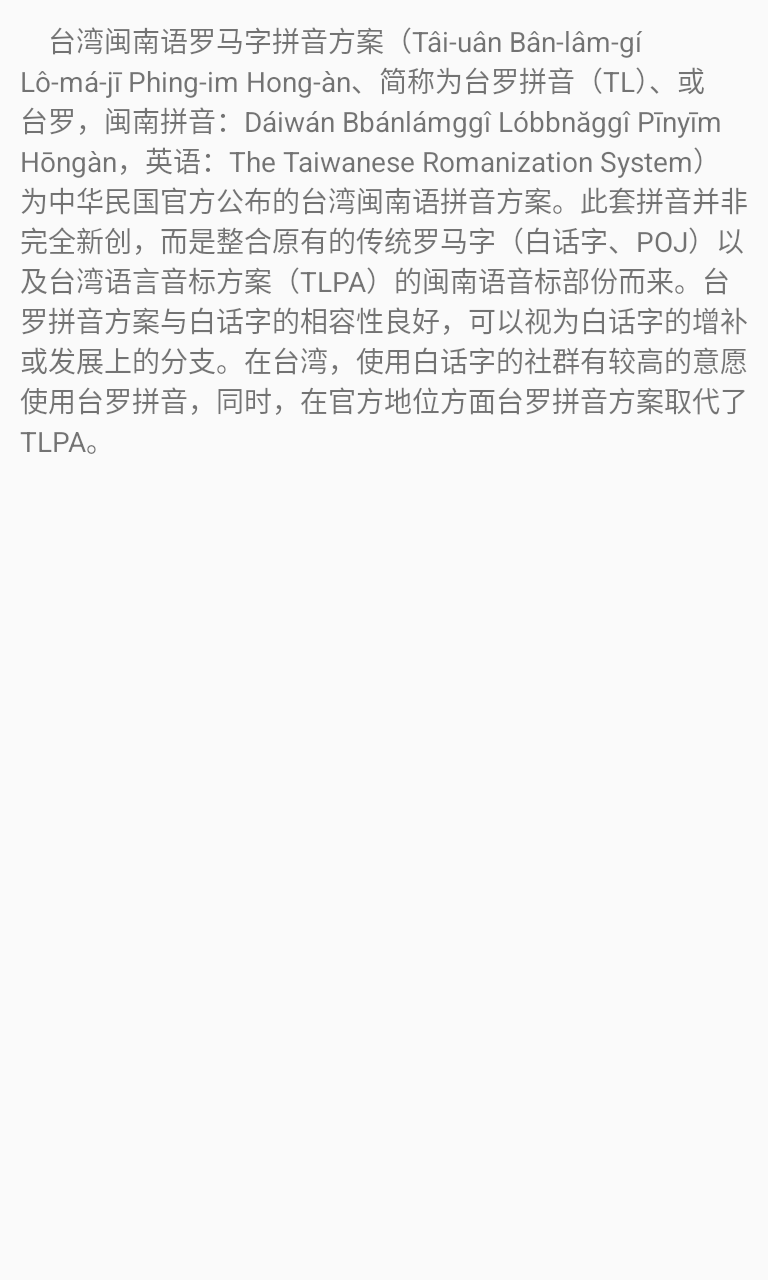
Repository: DIRONY/MinXue
Layout: MinXue/res/layout/activity_ziliao.xml
The author's editor kept a copy of each file at every save. The layout is drawn from the files as they stood at one save, then again after the next save.
It is drawn on a 768 x 1280 px phone screen (xhdpi) without system bars, with theme AppTheme; the app's code is not run.

Above is the layout before, as saved 2014-12-15 05:08:41.

### MinXue/res/layout/activity_ziliao.xml
<RelativeLayout xmlns:android="http://schemas.android.com/apk/res/android"
    xmlns:tools="http://schemas.android.com/tools"
    android:layout_width="match_parent"
    android:layout_height="match_parent"
    tools:context="${relativePackage}.${activityClass}" >

    <TextView
        android:layout_margin="10dp"
        android:layout_width="match_parent"
        android:layout_height="match_parent"
        android:gravity="left"
        android:text="    台湾闽南语罗马字拼音方案（Tâi-uân Bân-lâm-gí Lô-má-jī Phing-im Hong-àn、简称为台罗拼音（TL）、或台罗，闽南拼音：Dáiwán Bbánlámggî Lóbbnăggî Pīnyīm Hōngàn，英语：The Taiwanese Romanization System）为中华民国官方公布的台湾闽南语拼音方案。此套拼音并非完全新创，而是整合原有的传统罗马字（白话字、POJ）以及台湾语言音标方案（TLPA）的闽南语音标部份而来。台罗拼音方案与白话字的相容性良好，可以视为白话字的增补或发展上的分支。在台湾，使用白话字的社群有较高的意愿使用台罗拼音，同时，在官方地位方面台罗拼音方案取代了TLPA。" />

</RelativeLayout>

### MinXue/res/drawable/actionbar_tab_indicator.xml
<?xml version="1.0" encoding="utf-8"?>
<selector xmlns:android="http://schemas.android.com/apk/res/android" >
    <!-- STATES WHEN BUTTON IS NOT PRESSED -->

    <!-- Non focused states -->
    <item android:state_focused="false" android:state_selected="false"
          android:state_pressed="false"
          android:drawable="@color/softyellow" />
    <item android:state_focused="false" android:state_selected="true"
          android:state_pressed="false"
          android:drawable="@color/softred" />

    <!-- Focused states (such as when focused with a d-pad or mouse hover) -->
    <item android:state_focused="true" android:state_selected="false"
          android:state_pressed="false"
          android:drawable="@color/softyellow" />
    <item android:state_focused="true" android:state_selected="true"
          android:state_pressed="false"
          android:drawable="@color/softred" />


<!-- STATES WHEN BUTTON IS PRESSED -->

    <!-- Non focused states -->
    <item android:state_focused="false" android:state_selected="false"
          android:state_pressed="true"
          android:drawable="@color/softyellow" />
    <item android:state_focused="false" android:state_selected="true"
        android:state_pressed="true"
        android:drawable="@color/softred" />

    <!-- Focused states (such as when focused with a d-pad or mouse hover) -->
    <item android:state_focused="true" android:state_selected="false"
          android:state_pressed="true"
          android:drawable="@color/softyellow" />
    <item android:state_focused="true" android:state_selected="true"
          android:state_pressed="true"
          android:drawable="@color/softred" />

</selector>

### MinXue/res/values/color.xml
<?xml version="1.0" encoding="utf-8"?>
<resources>
    <color name="deepblue">#0067a6</color>
    <color name="tab_background_color">#f2e7da</color>
    <color name="softgreen">#008972</color>
    <color name="softyellow">#efc028</color>
    <color name="softred">#f2572d</color>

</resources>

Loaded but not shown: MinXue/res/values/styles.xml (common file); MinXue/res/values-v11/styles.xml (common file); MinXue/res/values-v14/styles.xml (common file)

After the next save:
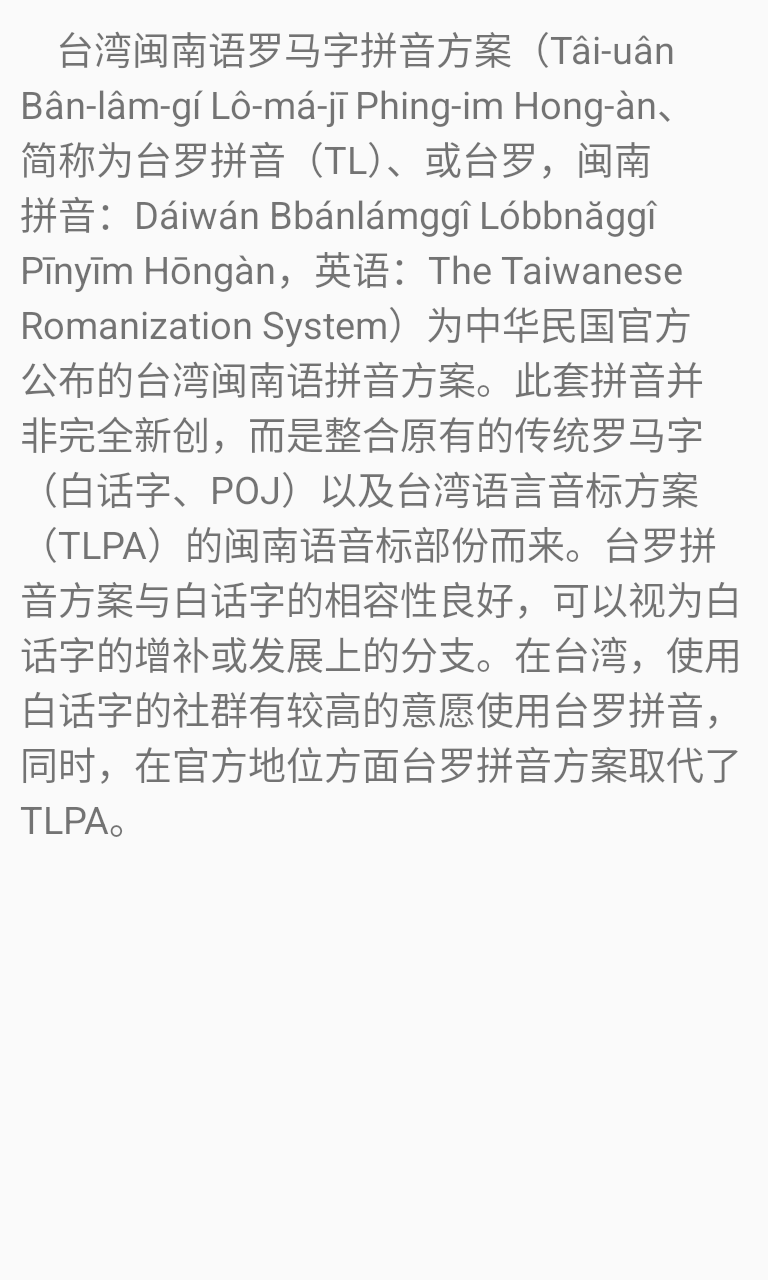
Saved 5 min 35 s later.
--- a/MinXue/res/layout/activity_ziliao.xml
+++ b/MinXue/res/layout/activity_ziliao.xml
@@ -9,6 +9,8 @@
         android:layout_width="match_parent"
         android:layout_height="match_parent"
         android:gravity="left"
-        android:text="    台湾闽南语罗马字拼音方案（Tâi-uân Bân-lâm-gí Lô-má-jī Phing-im Hong-àn、简称为台罗拼音（TL）、或台罗，闽南拼音：Dáiwán Bbánlámggî Lóbbnăggî Pīnyīm Hōngàn，英语：The Taiwanese Romanization System）为中华民国官方公布的台湾闽南语拼音方案。此套拼音并非完全新创，而是整合原有的传统罗马字（白话字、POJ）以及台湾语言音标方案（TLPA）的闽南语音标部份而来。台罗拼音方案与白话字的相容性良好，可以视为白话字的增补或发展上的分支。在台湾，使用白话字的社群有较高的意愿使用台罗拼音，同时，在官方地位方面台罗拼音方案取代了TLPA。" />
+        android:text="    台湾闽南语罗马字拼音方案（Tâi-uân Bân-lâm-gí Lô-má-jī Phing-im Hong-àn、简称为台罗拼音（TL）、或台罗，闽南拼音：Dáiwán Bbánlámggî Lóbbnăggî Pīnyīm Hōngàn，英语：The Taiwanese Romanization System）为中华民国官方公布的台湾闽南语拼音方案。此套拼音并非完全新创，而是整合原有的传统罗马字（白话字、POJ）以及台湾语言音标方案（TLPA）的闽南语音标部份而来。台罗拼音方案与白话字的相容性良好，可以视为白话字的增补或发展上的分支。在台湾，使用白话字的社群有较高的意愿使用台罗拼音，同时，在官方地位方面台罗拼音方案取代了TLPA。"
+        android:textSize="19sp"/>
+
 
 </RelativeLayout>
